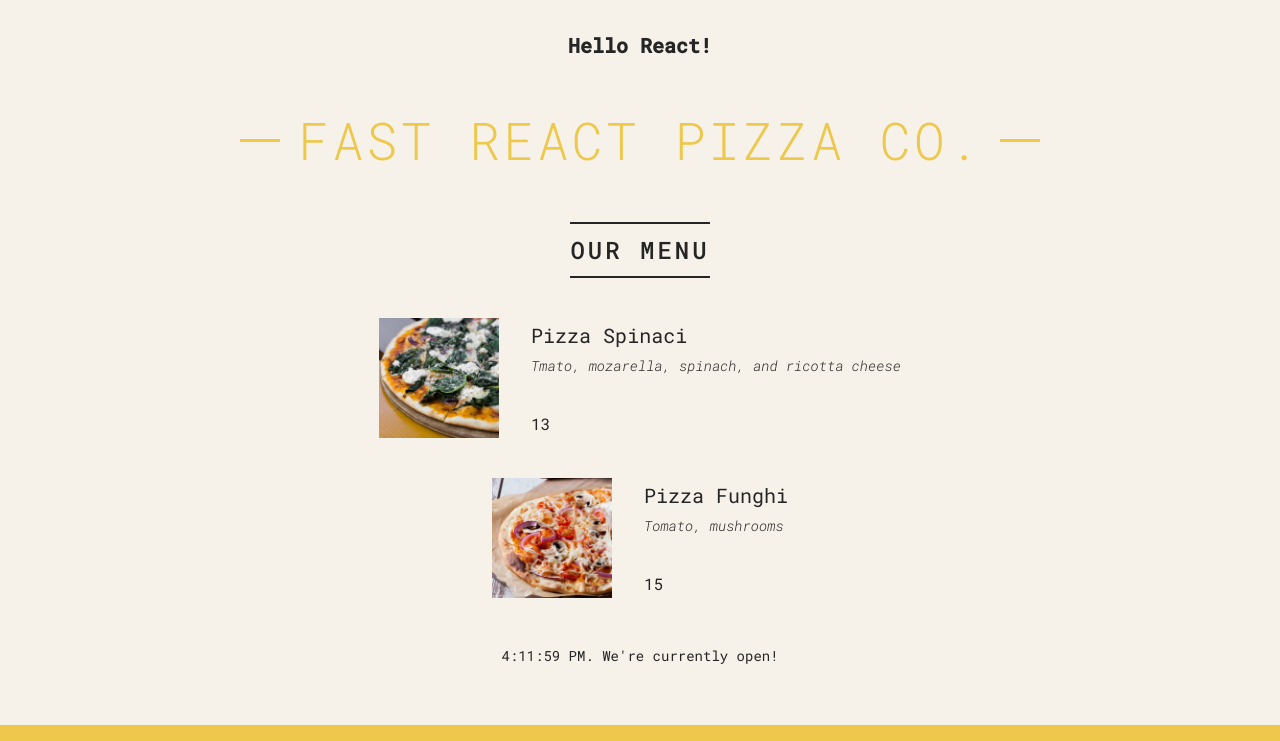
Repository: Alphosmart/03_pizza-menu
Page: /
These files come from the project's save history. The page is drawn as it stood at one moment and after the next save; the edit follows.
The browser window is 1280 px wide. The pictures show the whole page.
The project was rebuilt for these pictures with package versions that can differ from the ones it lists, and the page was loaded fresh each time.

Above is the page before, as saved 2024-05-27 19:53:46.

After the next save:
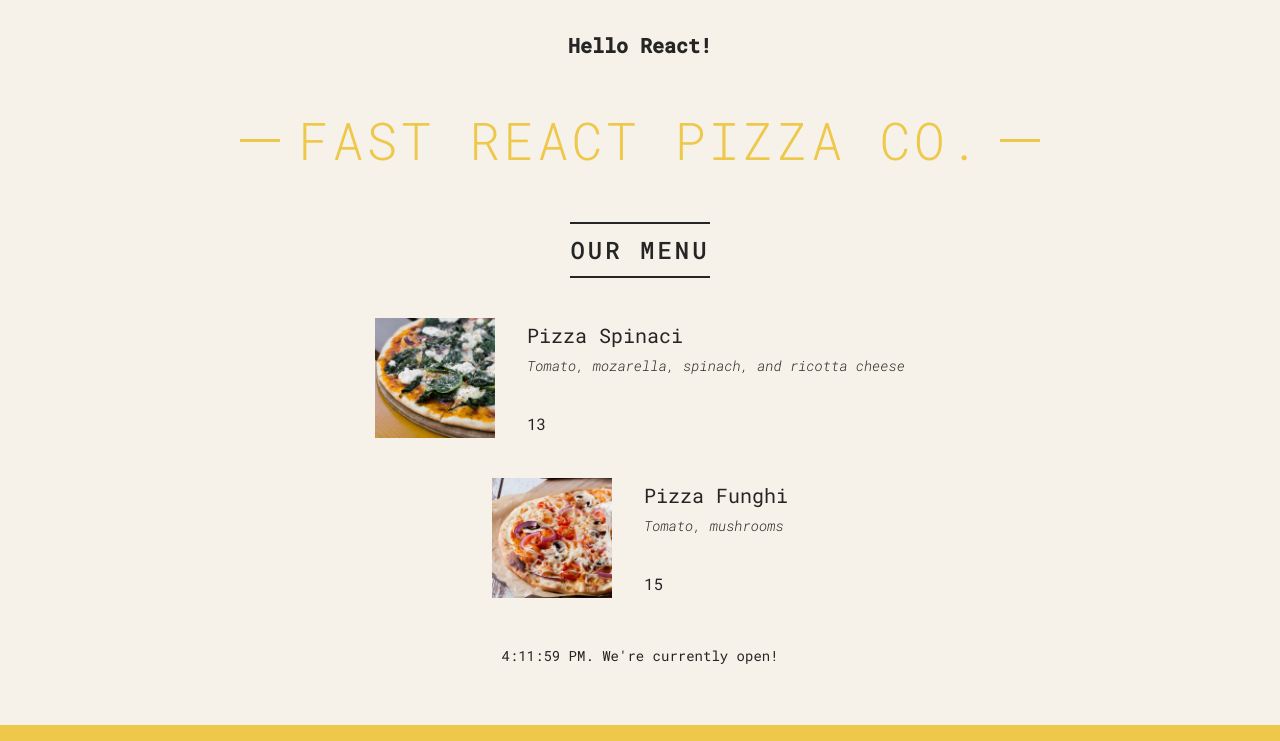
Saved 2 days later.
--- a/src/index.js
+++ b/src/index.js
@@ -74,7 +74,7 @@ function Menu() {
       <h2>Our Menu</h2>
       <Pizza
         name="Pizza Spinaci"
-        ingredients="Tmato, mozarella, spinach, and ricotta cheese"
+        ingredients="Tomato, mozarella, spinach, and ricotta cheese"
         photoName="pizzas/spinaci.jpg"
         price={10}
       />
